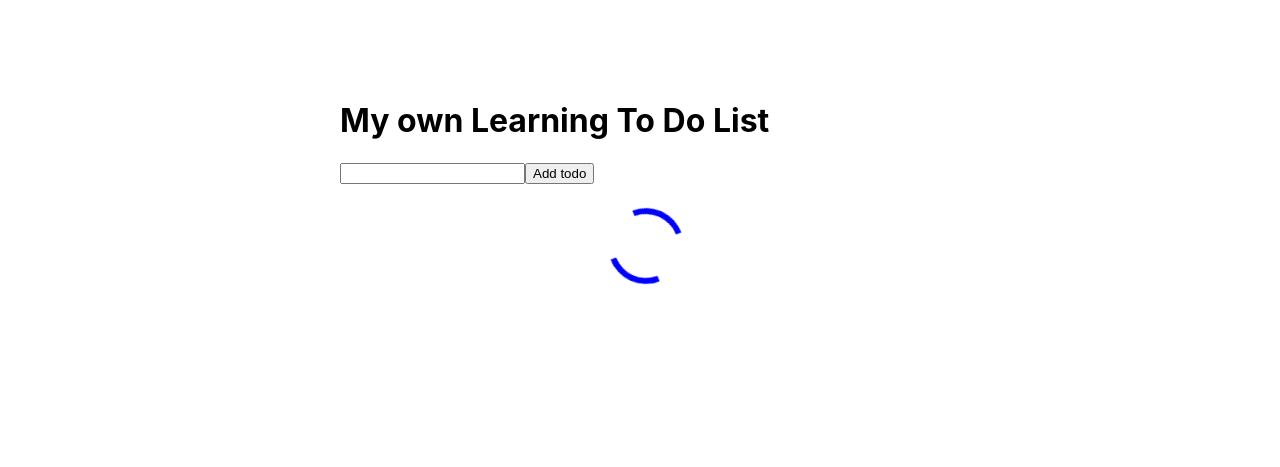
Repository: ArusyakAghajanyan/To-Do
Page: /
The author's editor kept a copy of each file at every save. The page is drawn from the files as they stood at one save, then again after a run of saves.
The browser window is 1280 px wide. The pictures show the whole page.
The page's requests for data from a server got no answer. The project was rebuilt for these pictures with package versions that can differ from the ones it lists, and the page was loaded fresh each time. No one was signed in, and anything a server would have sent is missing. Also part of the build but not shown: src/Todo/TodoItem.js, src/Todo/TodoList.js.

Above is the page before, as saved 2022-03-10 23:53:12.

After the next 2 saves:
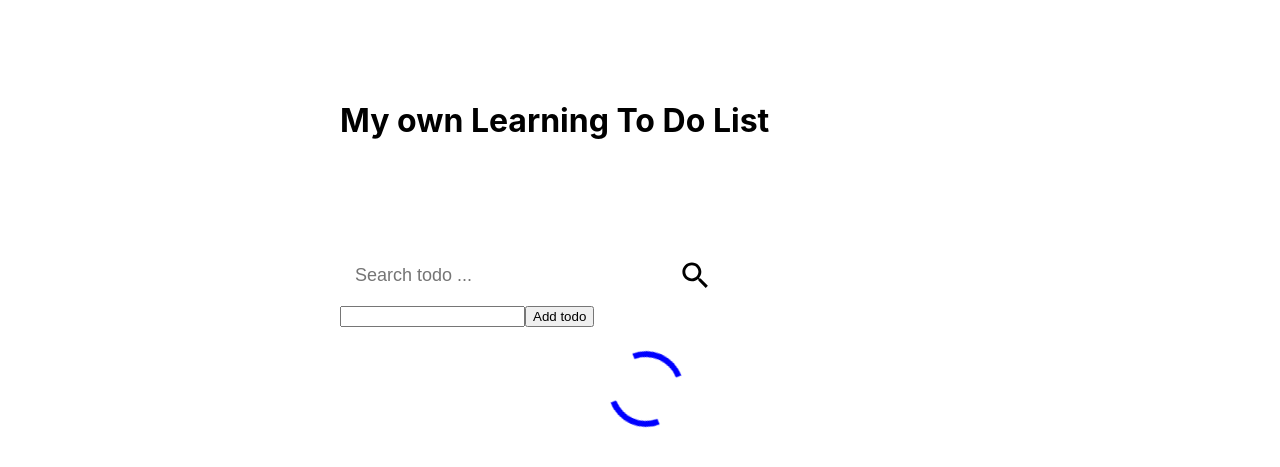
The 2 saves are shown as one change because they came seconds apart.
The last was saved 9 s later.
--- a/src/App.js
+++ b/src/App.js
@@ -60,6 +60,9 @@ useEffect(() => {
     <div className='wrapper'>
       <h1>My own Learning To Do List</h1>
       <React.Suspense fallback={<p>Loading...</p>}>
+      <div >
+      <SearchBar placeholder="Search todo ..." data={todos} />
+    </div>
       <AddTodo onCreate={addTodo} />
       </React.Suspense>
       {loading && <Loader />}
